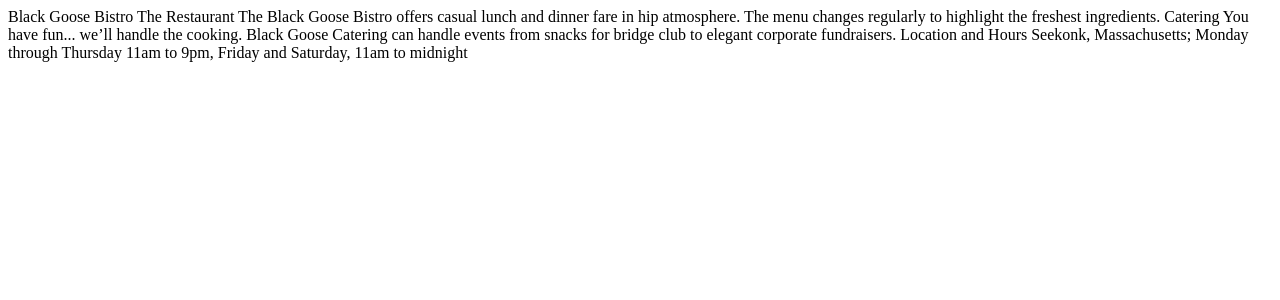
Repository: Lithium87/WebDesign
Page: Bistro/index.html
An editor plug-in stored every save of this project. The page is shown before and after the next save, followed by the edit.
The browser window is 1280 px wide. The pictures show the whole page.

Above is the page before, as saved 2020-04-07 15:54:39.

After the next save:
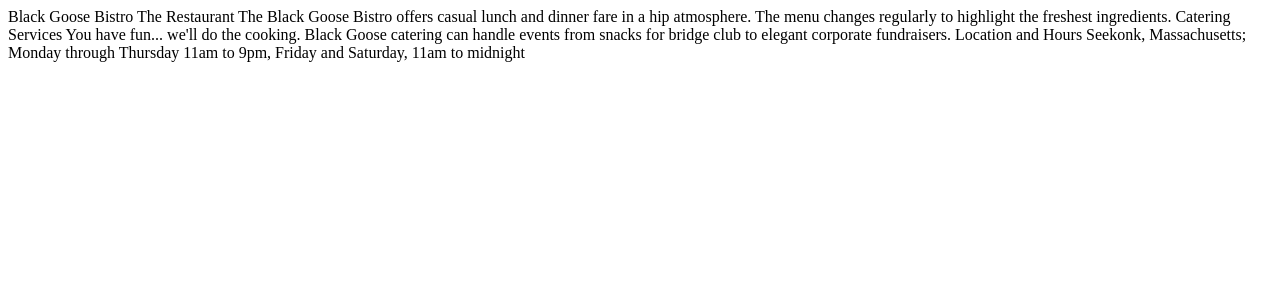
Saved 41 min 19 s later.
--- a/Bistro/index.html
+++ b/Bistro/index.html
@@ -1,2 +1,15 @@
-Black Goose Bistro The Restaurant The Black Goose Bistro offers casual lunch and dinner fare in hip atmosphere. The menu changes regularly to highlight the freshest ingredients. Catering You have fun... we’ll handle the cooking. Black Goose Catering can
-handle events from snacks for bridge club to elegant corporate fundraisers. Location and Hours Seekonk, Massachusetts; Monday through Thursday 11am to 9pm, Friday and Saturday, 11am to midnight
+<!DOCTYPE html>
+<html lang="en">
+
+<head>
+    <meta charset="UTF-8">
+    <meta name="viewport" content="width=device-width, initial-scale=1.0">
+    <title>Black Goose Bistro</title>
+</head>
+
+<body>
+    Black Goose Bistro The Restaurant The Black Goose Bistro offers casual lunch and dinner fare in a hip atmosphere. The menu changes regularly to highlight the freshest ingredients. Catering Services You have fun... we'll do the cooking. Black Goose catering
+    can handle events from snacks for bridge club to elegant corporate fundraisers. Location and Hours Seekonk, Massachusetts; Monday through Thursday 11am to 9pm, Friday and Saturday, 11am to midnight
+</body>
+
+</html>
